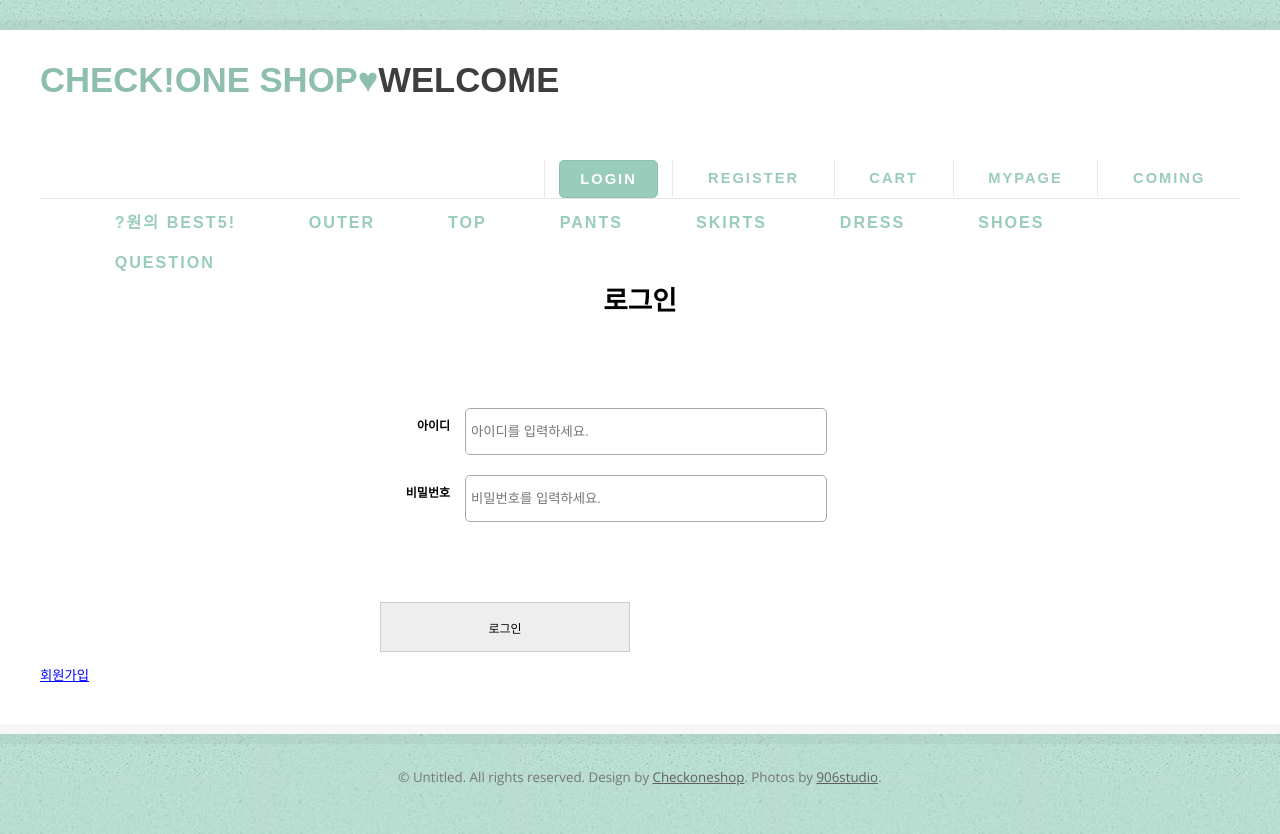
Repository: kch9870/CheckOneShoppingmall
Page: http://localhost/Shoppingmall/Login.jsp
The author's editor kept a copy of each file at every save. The page is drawn from the files as they stood at one save, then again after the next save.
The browser window is 1280 px wide. The pictures show the whole page.
Some web fonts or font styles are not loaded; a fallback is used. The page is served by Tomcat 9.

Above is the page before, as saved 2019-06-10 01:46:13.

After the next save:
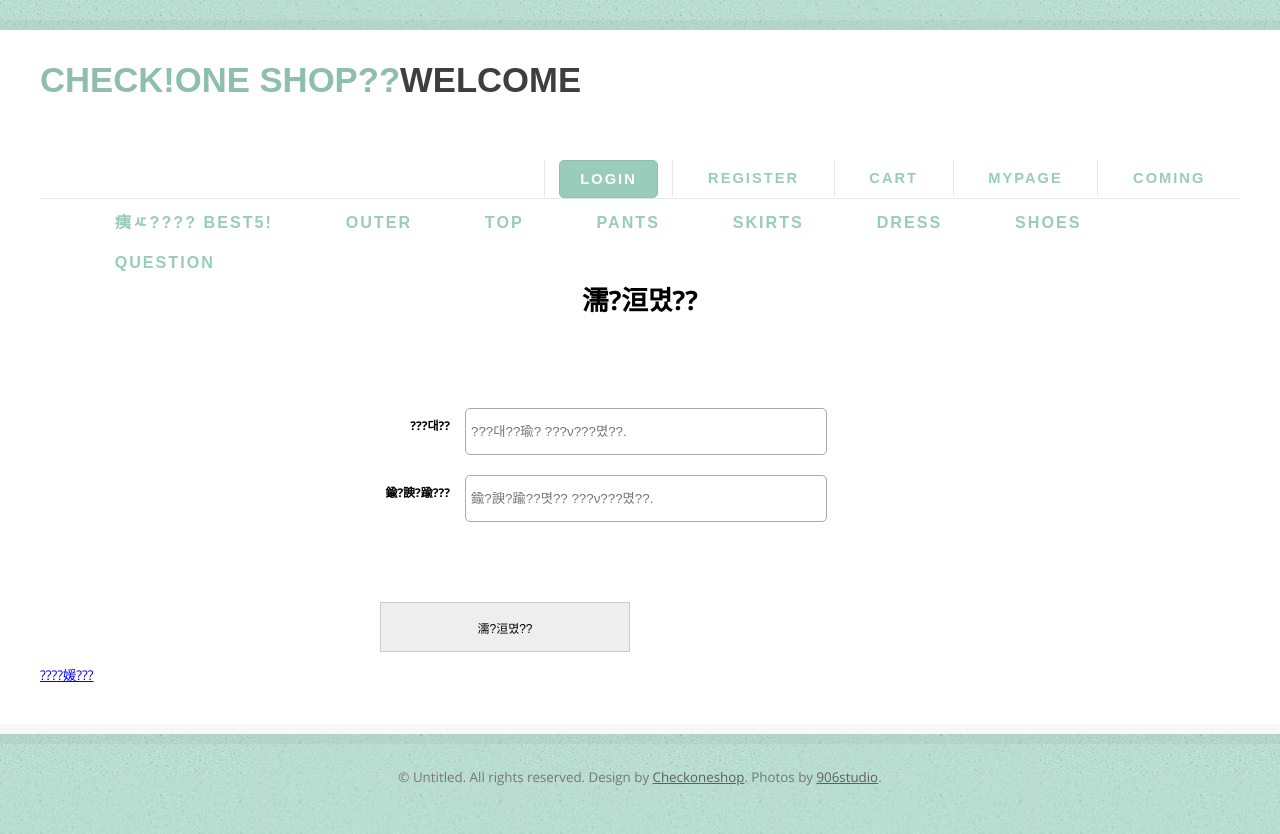
Saved 2 min 45 s later.
--- a/Shoppingmall/WebContent/Login.jsp
+++ b/Shoppingmall/WebContent/Login.jsp
@@ -1,5 +1,5 @@
 <%@ page language="java" contentType="text/html; charset=EUC-KR"
-    pageEncoding="UTF-8"%>
+    pageEncoding="EUC-KR"%>
 <!DOCTYPE html PUBLIC "-//W3C//DTD XHTML 1.0 Strict//EN" "http://www.w3.org/TR/xhtml1/DTD/xhtml1-strict.dtd">
 <head>
 <meta http-equiv="Content-Type" content="text/html; charset=utf-8" />
